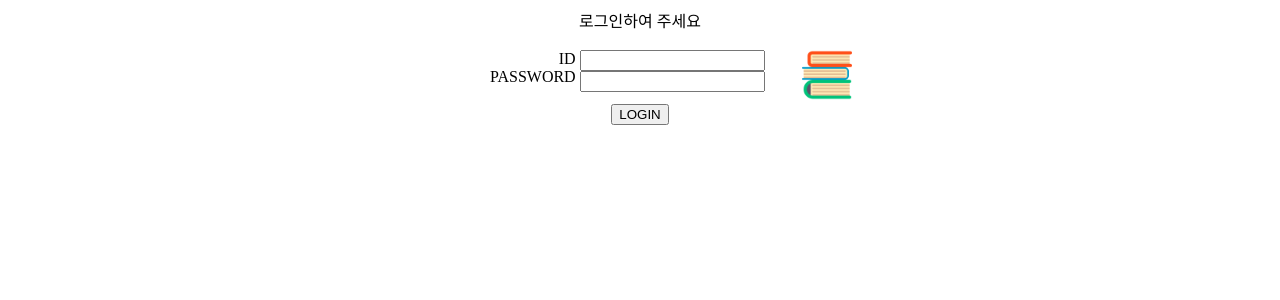
Repository: Minnaldo/Dev
Page: BackEnd/Eworkspace/ws_0911/WebContent/Login.html
These files come from the project's save history. The page is drawn as it stood at one moment and after the next save; the edit follows.
The browser window is 1280 px wide. The pictures show the whole page.

Above is the page before, as saved 2019-09-13 05:15:33.

### BackEnd/Eworkspace/ws_0911/WebContent/Login.html
<!DOCTYPE html>
<html>

<head>
<meta charset="UTF-8">
<title>Document</title>
<script src="https://code.jquery.com/jquery-3.4.1.js"></script>
<script>
	var login=function() {
		if ($('#input_id').val() == 'ssafy') {
			console.log($('#input_id').val());
			if ($('#input_pw').val() == '1111') {
				// load result.html
				console.log($('#input_pw').val());
				window.location.replace('./Result.html');
				alert('로그인 성공!');
			} else {
				alert('입력한 값을 다시 한번 확인해주세요');
			}
		} else {
			alert('입력한 값을 다시 한번 확인해주세요');
		}
	}
	$(function() {
		$('.login_btn').on('click', login);

		$('.login_btn').keydown(function(event){
			/* 엔터키 이벤트 */
			if(event.keyCode==13){
				login();
				alert('key enter press');
			}
		});
	});
</script>
</head>

<body>
	<div>
		<div style="text-align: center;">
			<div >로그인하여 주세요</div>
			<br>
			<div style="display: inline-block; width: 400px; margin-left: 100px">
			<img src="./images/books.png" alt="books" style="width: 50px;">
			<div style='float: left;'>
				<td>
				<div style="text-align : right;" >ID&nbsp; </div>
				</td>
				<td>
				<div style="text-align : right;">PASSWORD&nbsp; </div>
				</td>
			</div>
			<div style='float: left;'>
				<td>
				<div style="text-align : left;"><input type="text" id="input_id" required></div>
				</td>
				<td>
				<div style="text-align : left;"><input type="password" id="input_pw" required></div>
				</td>
			</div>
			</div>
			<div style="clear: both;">
				<button class="login_btn" style="clear:both;">LOGIN</button>
			</div>
		</div>
	</div>
</body>

</html>

After the next save:
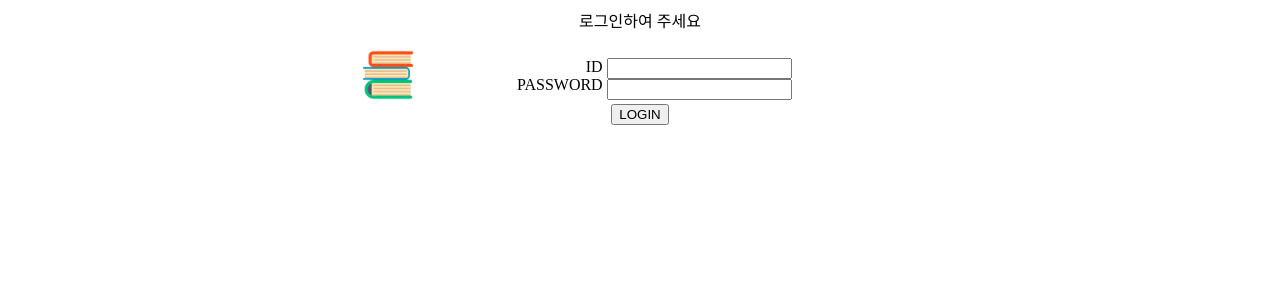
Saved 9 s later.
--- a/BackEnd/Eworkspace/ws_0911/WebContent/Login.html
+++ b/BackEnd/Eworkspace/ws_0911/WebContent/Login.html
@@ -40,8 +40,8 @@
 		<div style="text-align: center;">
 			<div >로그인하여 주세요</div>
 			<br>
+			<img src="./images/books.png" alt="books" style="width: 50px;">
 			<div style="display: inline-block; width: 400px; margin-left: 100px">
-			<img src="./images/books.png" alt="books" style="width: 50px;">
 			<div style='float: left;'>
 				<td>
 				<div style="text-align : right;" >ID&nbsp; </div>
